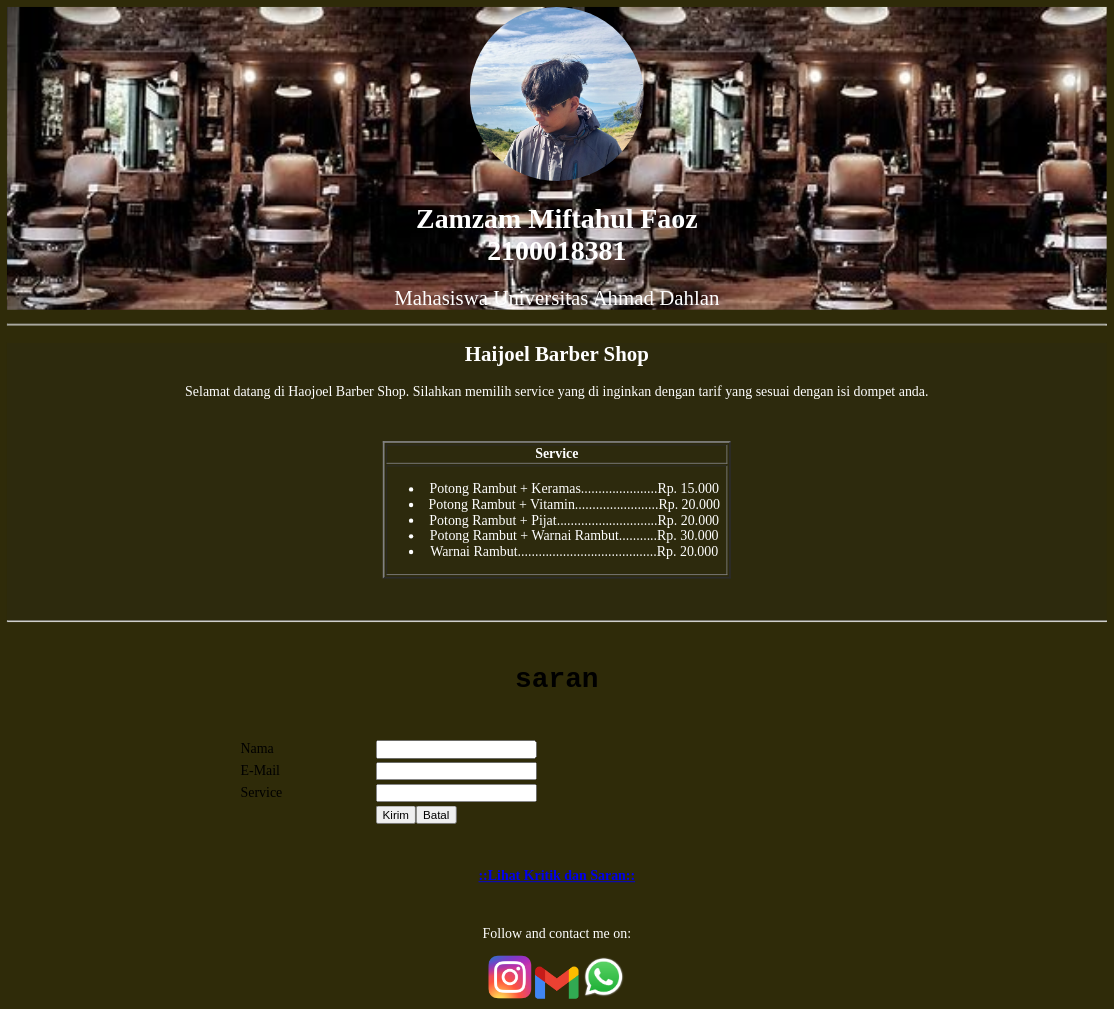
Repository: zamzam00001111/Responsi-Pweb
Page: barber.html
The author's editor kept a copy of each file at every save. The page is drawn from the files as they stood at one save, then again after the next save.
The browser window is 1280 px wide. The pictures show the whole page, at 87% of full size.

Above is the page before, as saved 2022-07-21 04:17:10.

### barber.html
<!DOCTYPE html>
<html>
<head>
    <meta charset="UTF-8">
    <meta name="viewport" content="width=device-width, initial-scale=1.0">
    <meta http-equiv="Content-Type" content="text/html; charset=iso-8859-1">
    <title>Muhamad Dimas Joreski personal web</title>
    <link rel="stylesheet" type="text/css" href="layout.css">
    <link rel="stylesheet" type="text/php" href="proses.php">
</head>
<body>
    <header>
        <img src="my.jpg" width="200" height="200" style="border-radius: 50%;"/>
        <h1>Zamzam Miftahul Faoz<br>2100018381</h1>
        <p><font size="5">Mahasiswa Universitas Ahmad Dahlan</p></font>
    </header>
    <hr>
      <article>
        <h2>Haijoel Barber Shop</h2>
        <p>
            Selamat datang di Haojoel Barber Shop. Silahkan memilih service yang di inginkan dengan tarif yang sesuai dengan isi dompet anda.
        </p>
    <div>
        <table border="2" width="100%">
            <thead>
                <tr>
                    <th>Service </th>
                </tr>
            </thead>
            <tbody>
                <tr>
                    <td>
                        <ul>
                            <li>Potong Rambut + Keramas......................Rp. 15.000</li>
                            <li>Potong Rambut + Vitamin........................Rp. 20.000</li>
                            <li>Potong Rambut + Pijat.............................Rp. 20.000</li>
                            <li>Potong Rambut + Warnai Rambut...........Rp. 30.000</li>
                            <li>Warnai Rambut........................................Rp. 20.000</li>
                        </ul>
                    </td>
                </tr>
            </tbody>
        </table>
    </div>
    <hr />
    </article>
    <div class="critic" align="center"><strong><font size="6" face="Courier New, Courier, mono">saran </font></strong></div>
<form name="form1" method="post" action="proses.php">
    <table class="saran " width="58%" border="0" align="center">
        <tr>
            <td>Nama</td>
            <td><input name="nama" type="text" id="nama"></td>
        </tr>

        <tr>
            <td>E-Mail</td>
            <td><input name="email" type="text" id="email"></td> </tr>
        </tr>

        <tr>
            <td>Service</td>
            <td><input name="service" type="text" id="service"></td>
        </tr>

        <tr>
            <td></td>
            <td><input type="submit" name="Submit" value="Kirim"><input type="reset" name="Submit2" value="Batal">
        </td>
        </tr>
    </table>
</form>
<div class="lihat" align="center"><strong><a href="lihat.php">::Lihat Kritik dan Saran::
</a></strong></div>

    <footer>
        <p>
            Follow and contact me on:
        </p>
        <a href="https://www.instagram.com/dimas.kj_/"><img width="50px" src="instagram.jpg"></a>
        <a href="mailto:jore.sky321@gmail.com"><img width="50px" src="gmail.png"></a>
        <a href="whatsapp://send?text=Hello&phone=082290722762"><img width="50px" src="whatsapp.png"></a>
    </footer>
</body>
</html>

### layout.css
body{
	background-color: #2f2b09;
}
header{
    color: white;
    text-align: center;
    background-image: url(oip.jpg);
    background-size: 650px;
}
article{
    color: white;
    text-align: center;
    background-color: #2d2a0d;
}
div{
	max-width: 400px;
	margin: 3em auto;
}
footer{
    color: white;
    text-align: center;
}

After the next save:
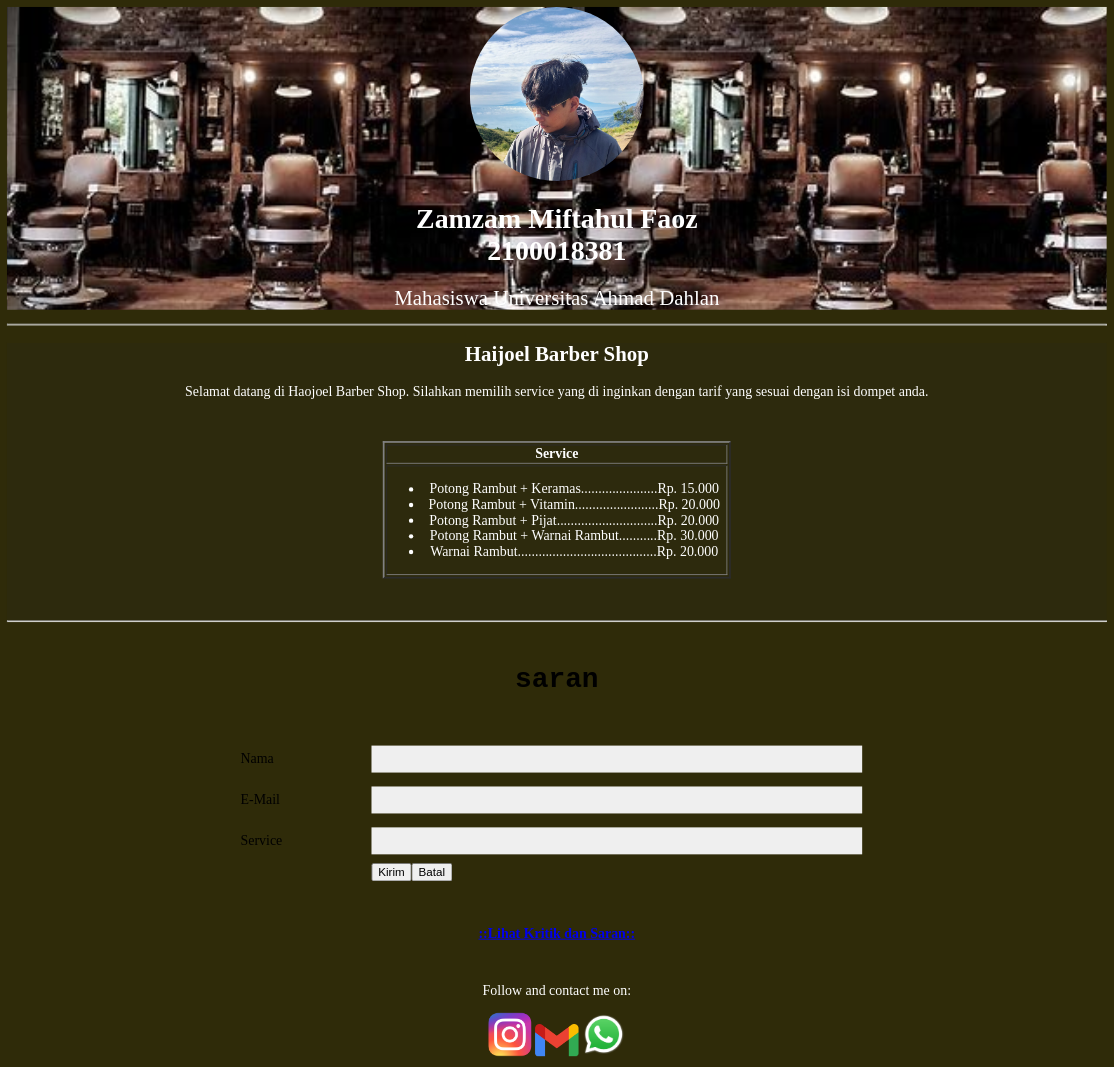
Saved 77 s later.
--- a/layout.css
+++ b/layout.css
@@ -20,3 +20,35 @@ footer{
     color: white;
     text-align: center;
 }
+.login {
+    position: relative;
+    right: 400px;
+    padding: 1em;
+    margin: 2em auto;
+    width: 17em;
+    background: #fff;
+    border-radius: 3px;
+  }
+
+  label {
+    font-size: 10pt;
+    color: #555;
+  }
+
+  input[type="text"],
+  input[type="email"],
+  textarea {
+    padding: 8px;
+    width: 95%;
+    background: #efefef;
+    border: 0;
+    font-size: 10pt;
+    margin: 6px 0px;
+  }
+
+  .tombol {
+    background: #7f8fa6;
+    color: #fff;
+    border: 0;
+    padding: 5px 8px;
+  }
